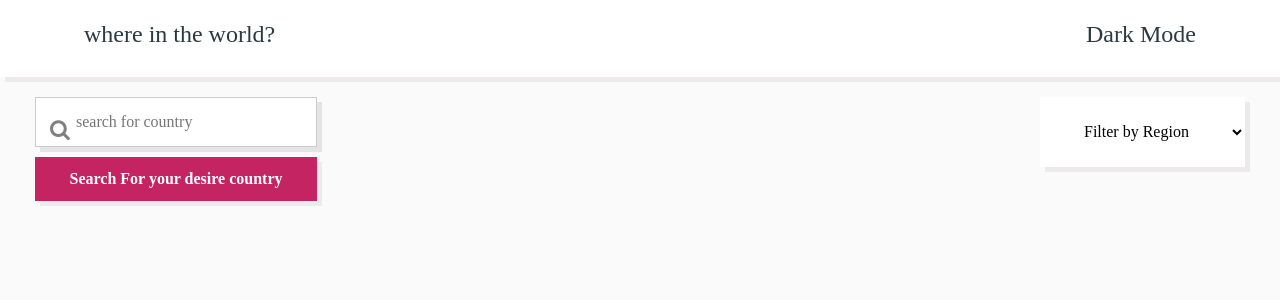
Repository: lamilekan263/countries
Page: /
These files come from the project's save history. The page is drawn as it stood at one moment and after the next save; the edit follows.
The browser window is 1280 px wide. The pictures show the whole page.
The page's requests for data from a server got no answer. The project was rebuilt for these pictures with package versions that can differ from the ones it lists, and the page was loaded fresh each time. No one was signed in, and anything a server would have sent is missing. Also part of the build but not shown: src/components/country/country.css, src/components/country/country.jsx, src/components/selectCountryRegion/selectCountryRegion.styles.css, src/components/selectCountryRegion/selectCountryRegion.component.jsx.

Above is the page before, as saved 2020-07-30 16:48:13.

After the next save:
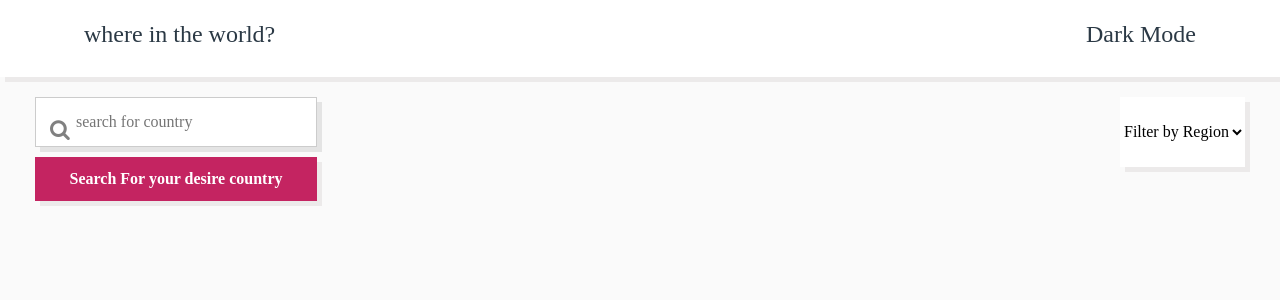
Saved 44 s later.
--- a/src/components/form.component/form.styles.css
+++ b/src/components/form.component/form.styles.css
@@ -25,7 +25,7 @@
     box-shadow:5px 5px rgb(236, 234, 234);
 }
 select{
-    padding: 12px 40px;
+
     height:70px;
     border: none;
     background-color: #fff;

After the save that followed:
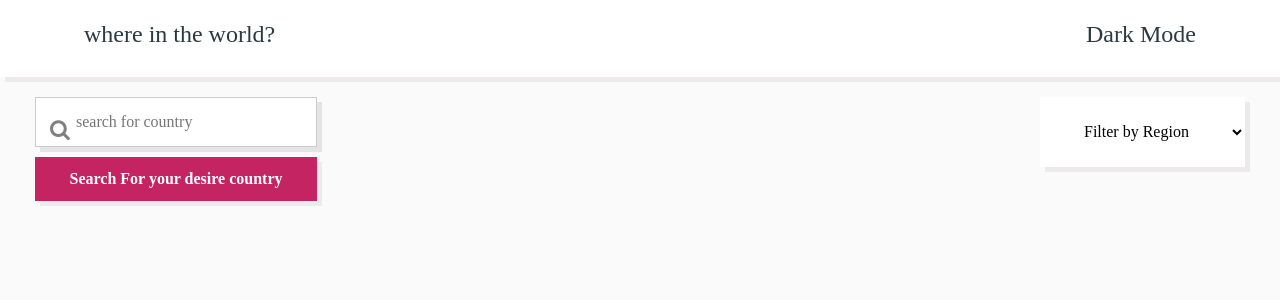
Saved 9 s later.
--- a/src/components/form.component/form.styles.css
+++ b/src/components/form.component/form.styles.css
@@ -25,7 +25,7 @@
     box-shadow:5px 5px rgb(236, 234, 234);
 }
 select{
-
+    padding: 12px 40px;
     height:70px;
     border: none;
     background-color: #fff;
